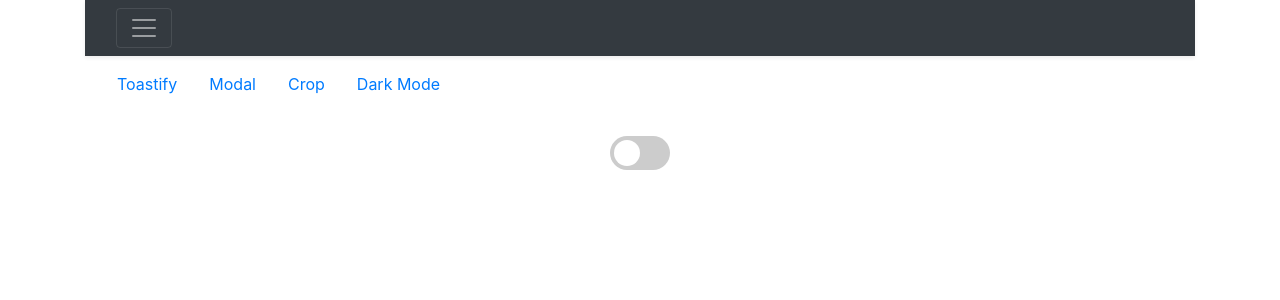
Repository: shankaraswal/react-multiple-ex
Page: /dark
An editor plug-in stored every save of this project. The page is shown before and after the next save, followed by the edit.
The browser window is 1280 px wide. The pictures show the whole page.
The project was rebuilt for these pictures with package versions that can differ from the ones it lists, and the page was loaded fresh each time. Also part of the build but not shown: src/components/Toastify/Toastify.js, src/components/common/CopyArea.js, src/components/ModalPop/ModalPop.js.

Above is the page before, as saved 2020-02-04 19:01:11.

After the next save:
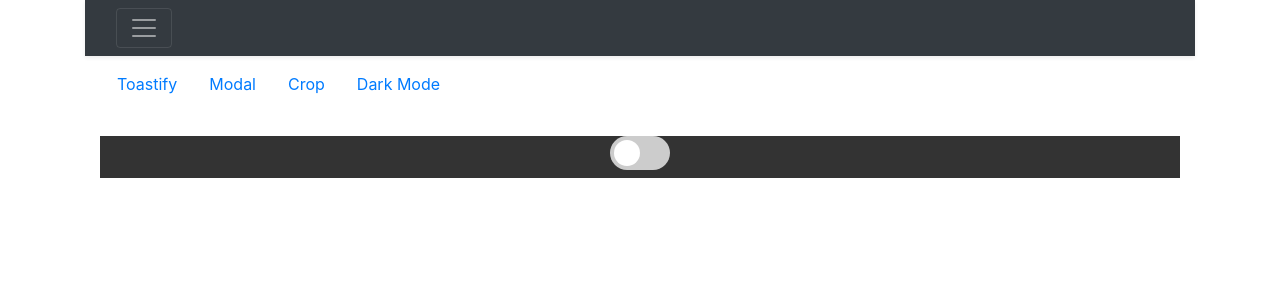
Saved 27 s later.
--- a/src/components/DarkMode/DarkMode.js
+++ b/src/components/DarkMode/DarkMode.js
@@ -3,7 +3,7 @@ import './DarkMode.css'
 
 function DarkMode() {
   return (
-    <div>
+    <div className="dark-mode">
       <label className="switch">
       <input type="checkbox" />
       <span className="slider round"></span>
